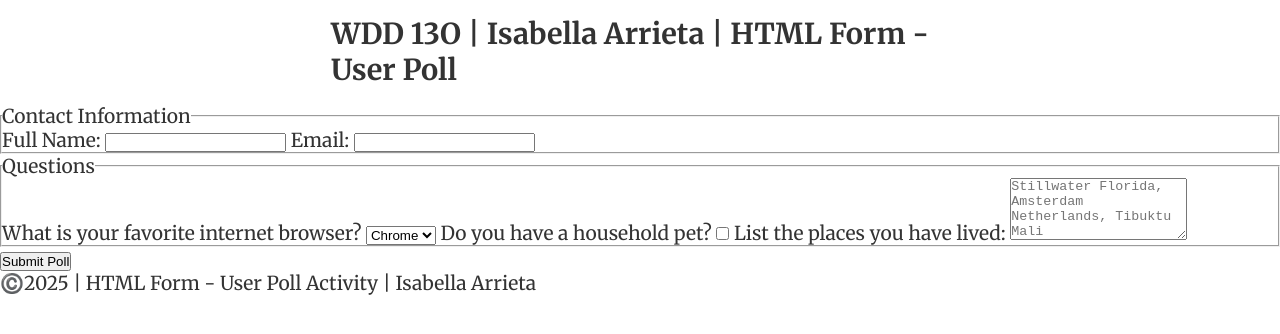
Repository: isaAJ05/wdd130
Page: week05/poll-form.html
An editor plug-in stored every save of this project. The page is shown before and after a run of saves, followed by the edit.
The browser window is 1280 px wide. The pictures show the whole page.

Above is the page before, as saved 2025-06-14 18:35:11.

### week05/poll-form.html
<!DOCTYPE html>
<html lang="en-us">
<head>
    <meta charset="UTF-8">
    <meta name="viewport" content="width=device-width, initial-scale=1.0">
    <title>WDD 130 | HTML Form - User Poll</title>
    <meta name="description" content="Poll form">
    <meta name="author" content="Isabella Arrieta">
    <link rel="stylesheet" href="styles/poll-form.css">
    <link rel="preconnect" href="https://fonts.googleapis.com">
    <link rel="preconnect" href="https://fonts.gstatic.com" crossorigin>
    <link href="https://fonts.googleapis.com/css2?family=Merriweather:wght@400;700&family=Roboto:wght@400;700&display=swap" rel="stylesheet">
</head>
<body>
    <header>
        <h1>WDD 13O | Isabella Arrieta | HTML Form - User Poll</h1>
    </header>
    <main>
        <form>
            <fieldset>
                <legend>Contact Information</legend>
                <label>Full Name: <input type="text" name="fullname"></label>
                <label>Email: <input type="email" id="useremail" name="useremail"></label>
            </fieldset>
            <fieldset>
                <legend>Questions</legend>
                <label for="browser">What is your favorite internet browser?</label>
                <select id="browser" name="browser">
                    <option value="chrome">Chrome</option>
                    <option value="firefox">Firefox</option>
                    <option value="safari">Safari</option>
                    <option value="edge">Edge</option>
                    <option value="brave">Brave</option>
                    <option value="other">Other</option>
                </select>
                <label for="pet">Do you have a household pet?</label>
                <input type="checkbox" id="pet" name="pet">
                <label for="feedback">List the places you have lived:</label>
                <textarea id="feedback" name="feedback" rows="4" placeholder="Stillwater Florida, Amsterdam Netherlands, Tibuktu Mali"></textarea>
            </fieldset>
            <button type="submit">Submit Poll</button>
        </form>
    </main>
    <footer>
        <p>©️2025 | HTML Form - User Poll Activity | Isabella Arrieta</p>

    </footer>
</body>
</html>

### week05/styles/poll-form.css
* {
    margin: 0;
    padding: 0;
    box-sizing: border-box;
}
body {
  font-family: Merriweather, Georgia, serif;
  font-size: 1.2em;
  color: #333;
  background: #fff;
}
header{
    margin: 0 auto;
    width: 650px;
}
h1{
    margin: 1rem;
    font-size: 1.5em;

}

After the next 2 saves:
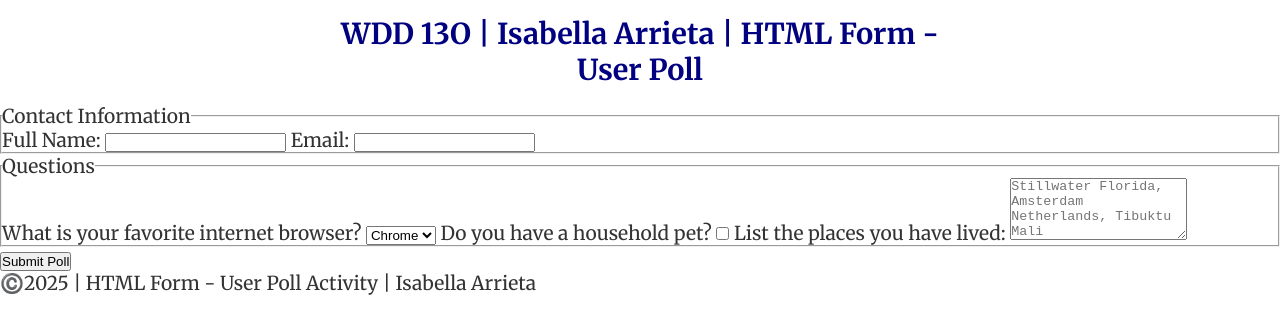
The 2 saves are shown as one change because they came seconds apart.
The last was saved 8 s later.
--- a/week05/styles/poll-form.css
+++ b/week05/styles/poll-form.css
@@ -16,5 +16,6 @@ header{
 h1{
     margin: 1rem;
     font-size: 1.5em;
-
+    color: navy;
+    text-align: center;
 }
